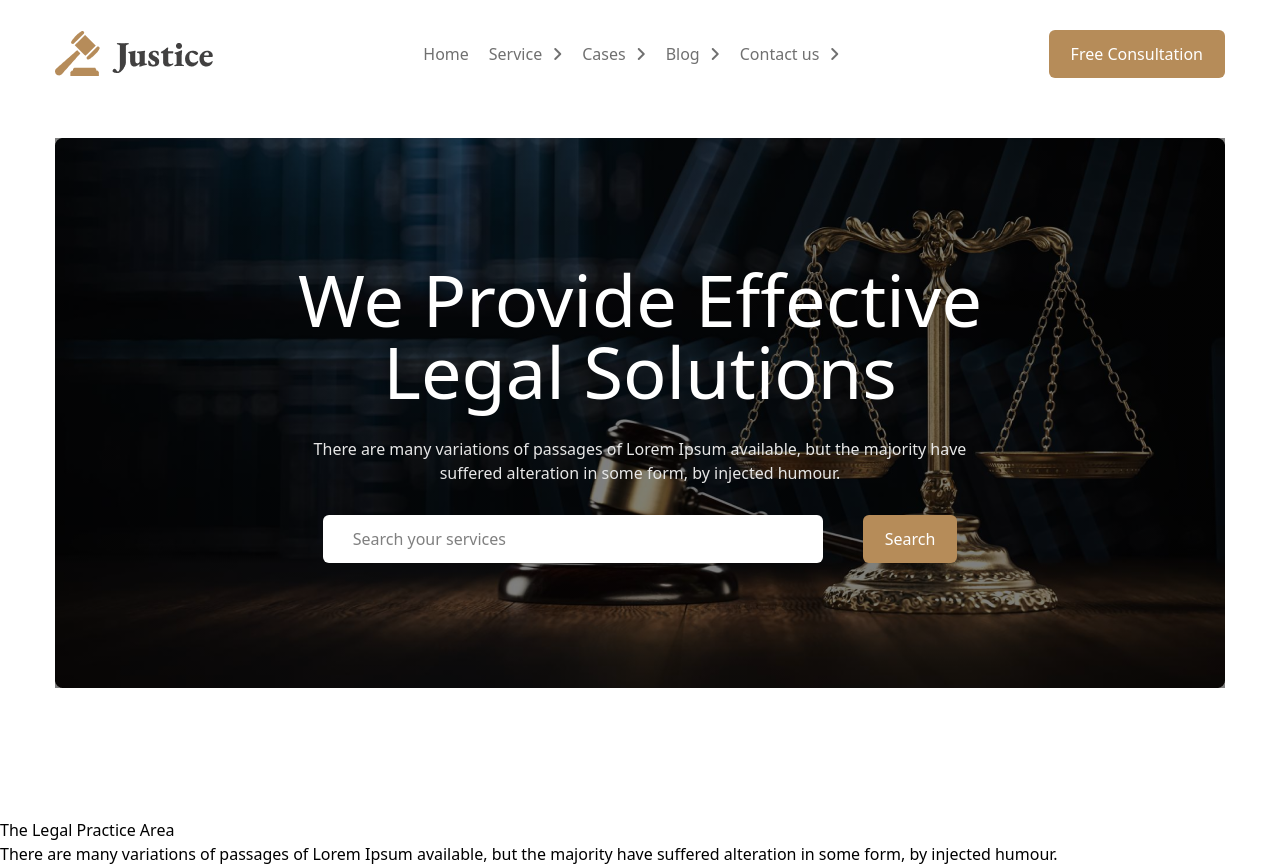
Repository: nahid-hasann/website-6
Page: index.html
The author's editor kept a copy of each file at every save. The page is drawn from the files as they stood at one save, then again after a run of saves.
The browser window is 1280 px wide. The pictures show the whole page.

Above is the page before, as saved 2025-07-20 23:34:41.

### index.html
<!DOCTYPE html>
<html lang="en">
<head>
    <meta charset="UTF-8">
    <meta name="viewport" content="width=device-width, initial-scale=1.0">
    <script src="https://cdn.jsdelivr.net/npm/@tailwindcss/browser@4"></script>
    <title>Document</title>
    <link rel="stylesheet" href="style.css">
    <link rel="stylesheet" href="https://cdnjs.cloudflare.com/ajax/libs/font-awesome/6.7.2/css/all.min.css" integrity="sha512-Evv84Mr4kqVGRNSgIGL/F/aIDqQb7xQ2vcrdIwxfjThSH8CSR7PBEakCr51Ck+w+/U6swU2Im1vVX0SVk9ABhg==" crossorigin="anonymous" referrerpolicy="no-referrer" />
</head>
<body>

<header>

<div class="flex mx-auto w-[1170px]  justify-between items-center my-[30px] ">
    <div>
        <img src="images/logo2.png" alt="">
    </div>
    <div>
        <ul class="flex gap-[20px] text-[#707070]">
            <li><a href="">Home</a></li>
            <li><a href="">Service<i class="fa-solid fa-angle-right ml-[10px]"></i></a></li>
            <li><a href="">Cases<i class="fa-solid fa-angle-right ml-[10px]"></i></a></li>
            <li><a href="">Blog<i class="fa-solid fa-angle-right ml-[10px]"></i></a></li>
            <li><a href="">Contact us<i class="fa-solid fa-angle-right ml-[10px]"></i></a></li>
        </ul>
    </div>
    <div>
        <button class="bg-[#b68c59] py-[12px] px-[22px] text-white rounded-md" >Free Consultation</button>
    </div>
</div>


<div class="banner-img w-[1170px] h-[550px] mx-auto  flex flex-col items-center justify-center mt-[60px] mb-[130px]">
      <div class="banner-content w-[692px]">
         <h1 class="text-[72px] text-center text-white leading-none">We Provide Effective  Legal Solutions</h1>
       <p class="my-[30px] text-center  text-[#E7E7E7]">There are many variations of passages of Lorem Ipsum available, but the majority have suffered alteration in some form, by injected humour.</p>
       <div class="flex justify-center gap-[40px]">
        <input class="bg-white py-[12px] px-[30px] pr-[70px] w-[500px] rounded-md" type="text" name="" placeholder="Search your services" id="">
        <button class="bg-[#b68c59] py-[12px] px-[22px] text-white rounded-md" >Search</button>
       </div>
      </div>
</div>


</header>


<main class="w-[1170px]">
    <div class="card-section">
        <div class="card-content">
            <h1>The Legal Practice Area</h1>
            <p>There are many variations of passages of Lorem Ipsum available, but the majority have suffered alteration in some form, by injected humour.</p>
        </div>
    </div>
</main>





</body>
</html>

### style.css
.banner-img{
    background-image: linear-gradient(rgba(0, 0, 0, 0.5), rgba(0, 0, 0, 0.5)), url('images/banner.png');
}

After the next 4 saves:
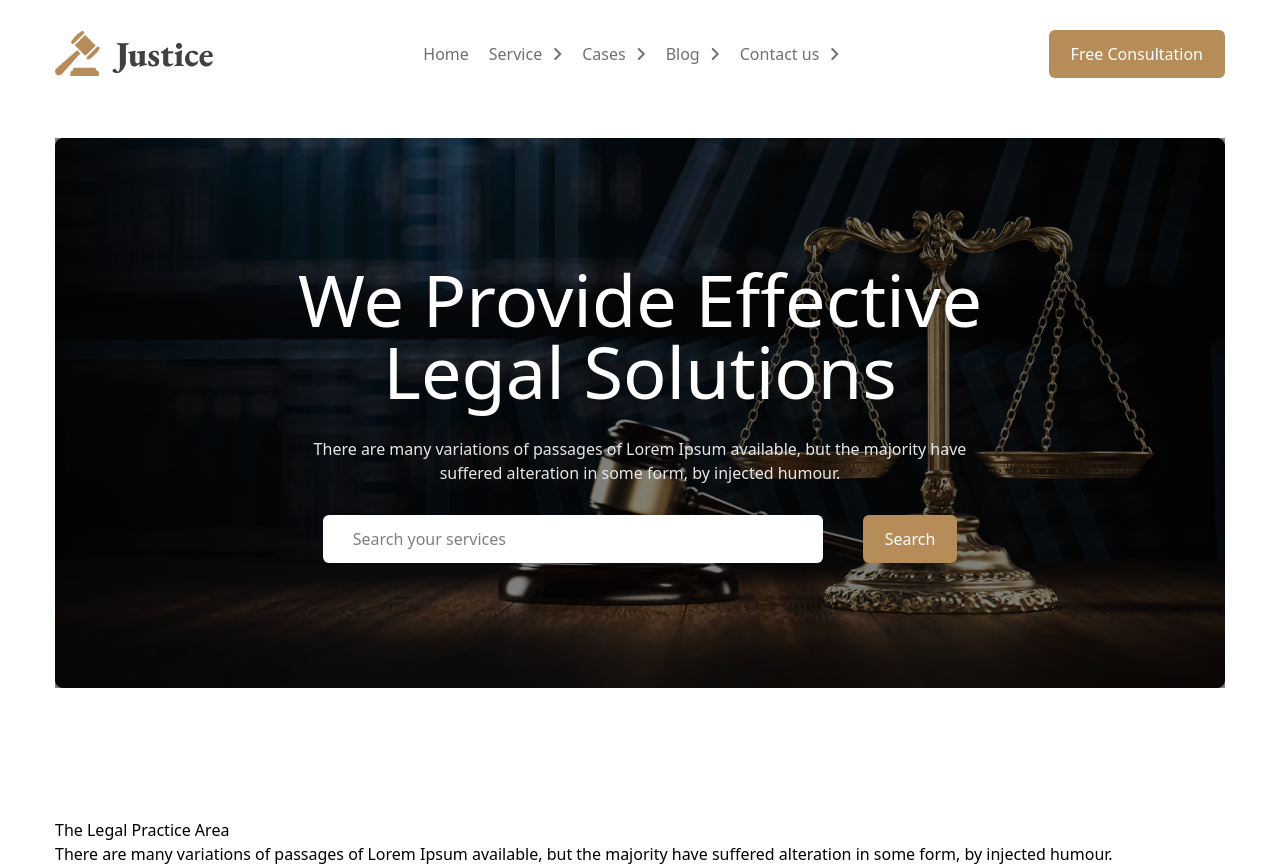
The 4 saves are shown as one change because they came seconds apart.
The last was saved 23 s later.
--- a/index.html
+++ b/index.html
@@ -46,7 +46,7 @@
 </header>
 
 
-<main class="w-[1170px]">
+<main class="w-[1170px] mx-auto">
     <div class="card-section">
         <div class="card-content">
             <h1>The Legal Practice Area</h1>
